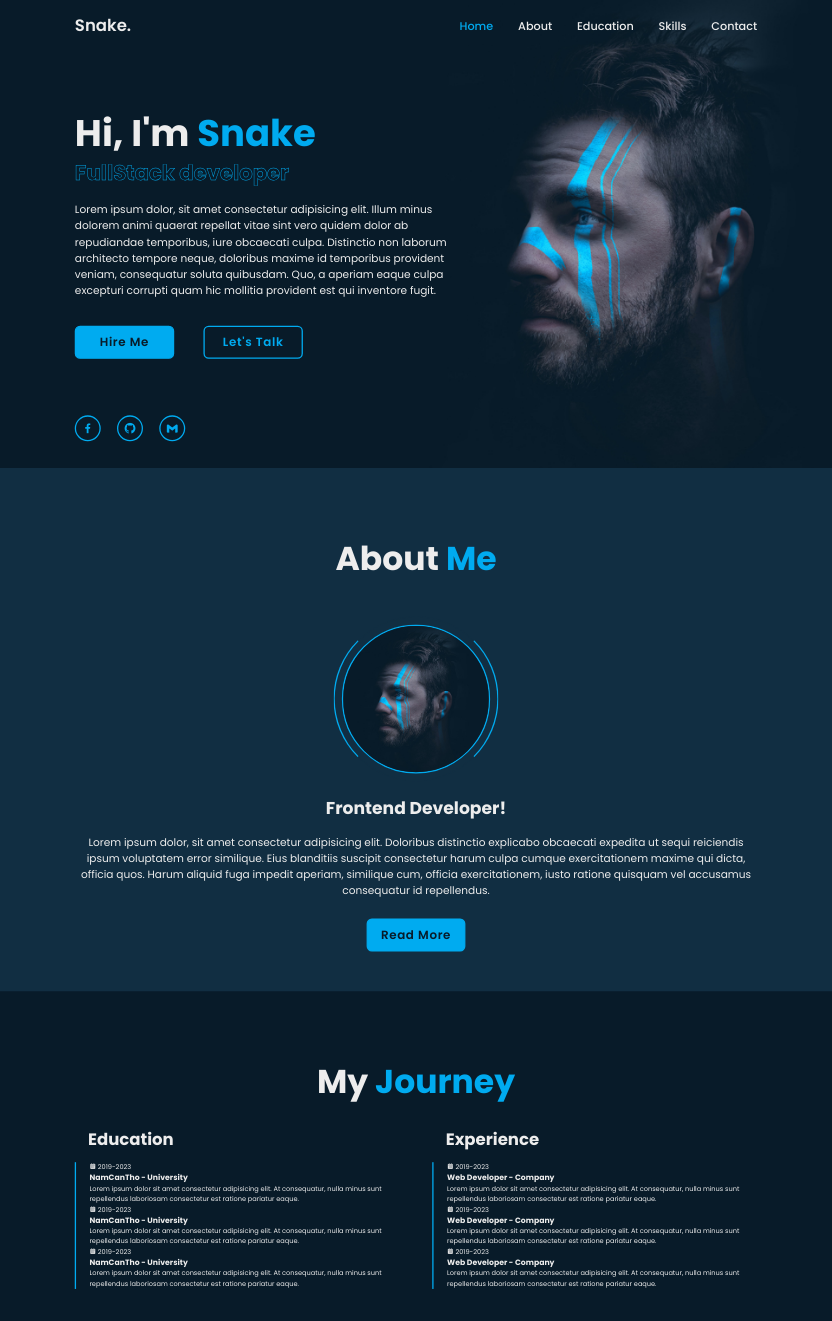
Repository: Tanty102/About_Me
Page: index.html
These files come from the project's save history. The page is drawn as it stood at one moment and after a run of saves; the edit follows.
The browser window is 1280 px wide. The pictures show the whole page, at 65% of full size.

Above is the page before, as saved 2023-09-12 18:38:11.

After the next 9 saves:
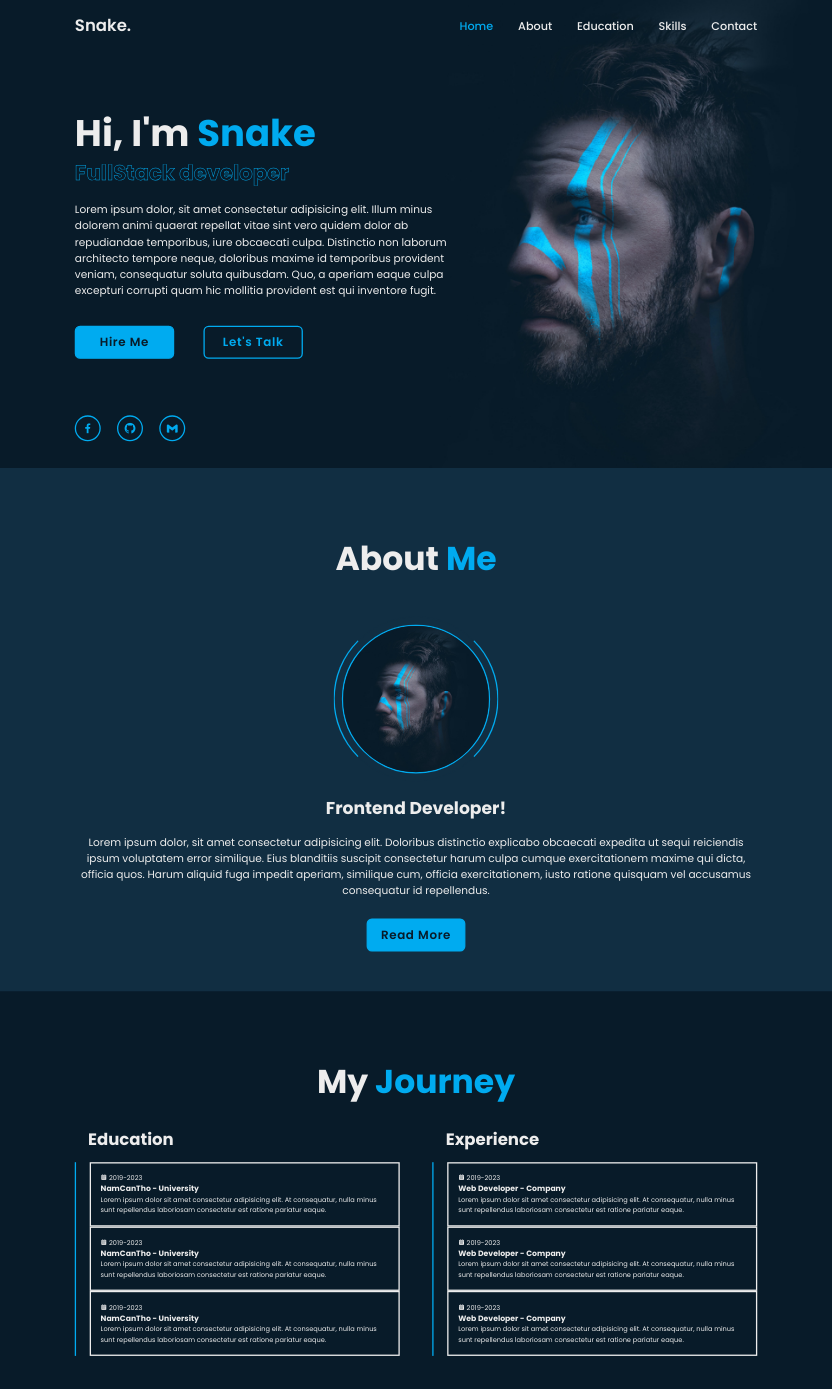
The 9 saves are shown as one change because they came seconds apart.
The last was saved 23 s later.
--- a/style.css
+++ b/style.css
@@ -331,4 +331,8 @@ span {
   padding-left: 2rem;
 }
 
-.edu
+.education-content .content {
+  position: relative;
+  padding: 1.5rem;
+  border: .2rem solid;
+}
